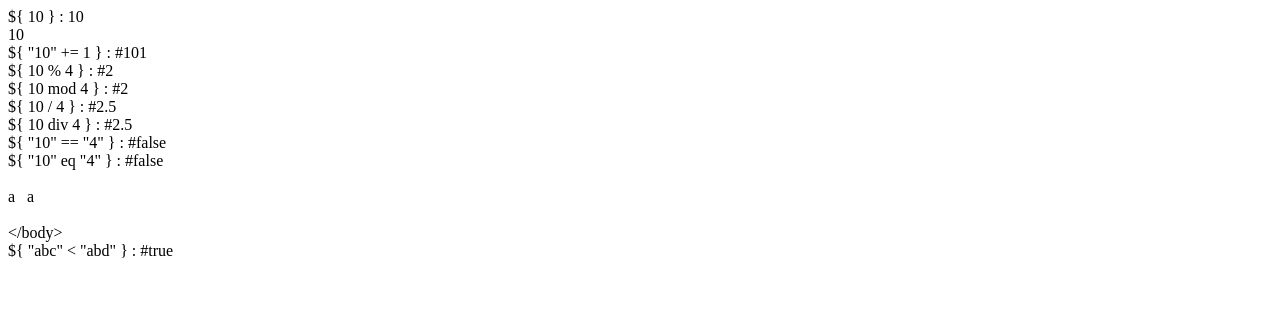
Repository: SeongYeonYun/HUMAN_SQL1
Page: http://localhost/proj4-jsp/el_3.jsp
These files come from the project's save history. The page is drawn as it stood at one moment and after the next save; the edit follows.
The browser window is 1280 px wide. The pictures show the whole page.
The page is served by Tomcat 9.

Above is the page before, as saved 2025-08-22 01:11:36.

After the next save:
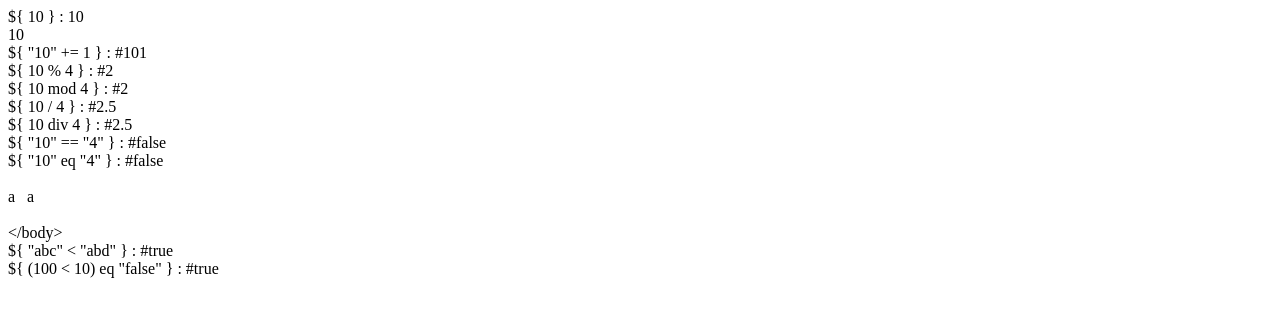
Saved 2 min 6 s later.
--- a/workspace_java/proj4-jsp/src/main/webapp/el_3.jsp
+++ b/workspace_java/proj4-jsp/src/main/webapp/el_3.jsp
@@ -32,9 +32,10 @@ a&nbsp;&nbsp; a<br><br>
 
 &lt;/body&gt <!-- 태그 출력하는법 --><br>
 
-<!-- ne : 같지 않다. not (eq), gt : 크다 작다, nbsp : 띄어쓰기   -->
+<!-- ne : 같지 않다. not (eq), gt : 크다 작다, nbsp : 띄어쓰기  , ge : 크거나 같다. ,le :작거나 같다 -->
 
 \${ "abc" < "abd" } : #${ "abc" < "abd" } <br>
+\${ (100 < 10) eq "false" } : #${ (100 < 10) eq "false" } <br>
 
 
 </body>
